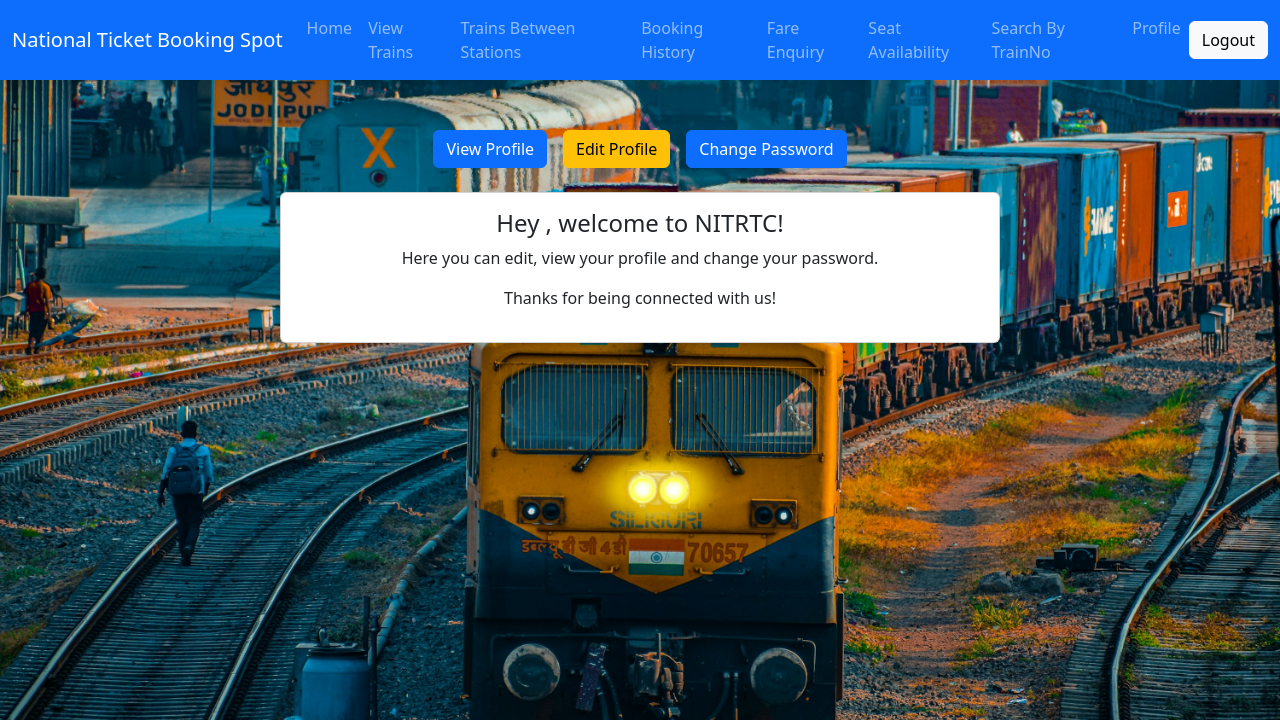
Repository: PrathamSahani/TMS-Sprint2
Page: http://localhost/TMS/UserHome.jsp
The author's editor kept a copy of each file at every save. The page is drawn from the files as they stood at one save, then again after the next save.
The browser window is 1280 px wide. The pictures show the whole page.
The page is served by Tomcat 10. Other server files are loaded and not shown.

Above is the page before, as saved 2025-04-25 19:03:19.

### Update/TMS/src/main/webapp/UserHome.jsp
<%@ page language="java" contentType="text/html; charset=UTF-8" pageEncoding="UTF-8"%>
<!DOCTYPE html>
<html>
<head>
  <meta charset="UTF-8">
  <title>Profile - National Ticket Booking Spot</title>
  <link href="https://cdn.jsdelivr.net/npm/bootstrap@5.3.0/dist/css/bootstrap.min.css" rel="stylesheet">
</head>
  <style>
    body {
      background: url('<%= request.getContextPath() %>/OP.jpeg') no-repeat center center fixed;
      background-size: cover;
    }
  </style>

<body class="d-flex flex-column min-vh-100">
  <!-- Navbar -->
  <nav class="navbar navbar-expand-lg navbar-dark bg-primary">
    <div class="container-fluid">
      <a class="navbar-brand" href="#">National Ticket Booking Spot</a>
      <button class="navbar-toggler" type="button" data-bs-toggle="collapse" data-bs-target="#navbarNav">
        <span class="navbar-toggler-icon"></span>
      </button>
      <div class="collapse navbar-collapse" id="navbarNav">
        <ul class="navbar-nav me-auto mb-2 mb-lg-0">
          <li class="nav-item"><a class="nav-link" href="${pageContext.request.contextPath}/userhome">Home</a></li>
          <li class="nav-item"><a class="nav-link" href="${pageContext.request.contextPath}/userviewtrainfwd">View Trains</a></li>
          <li class="nav-item"><a class="nav-link" href="${pageContext.request.contextPath}/trainbwstnfwd">Trains Between Stations</a></li>
          <li class="nav-item"><a class="nav-link" href="${pageContext.request.contextPath}/bookingdetails">Booking History</a></li>
          <li class="nav-item"><a class="nav-link" href="${pageContext.request.contextPath}/fareenqfwd">Fare Enquiry</a></li>
          <li class="nav-item"><a class="nav-link" href="${pageContext.request.contextPath}/useravailfwd">Seat Availability</a></li>
          <li class="nav-item"><a class="nav-link" href="${pageContext.request.contextPath}/usersearchtrain">Search By TrainNo</a></li>
          <li class="nav-item"><a class="nav-link" href="${pageContext.request.contextPath}/userhome">Profile</a></li>
        </ul>
        <div class="d-flex">
          <a class="btn btn-light" href="${pageContext.request.contextPath}/userlogout">Logout</a>
        </div>
      </div>
    </div>
  </nav>

  <main class="flex-fill">
    <div class="container d-flex flex-column justify-content-center align-items-center" style="margin-top:50px">
      <!-- optional alert -->


      <!-- action buttons -->
      <div class='d-flex justify-content-center mb-4 w-100'>
        <a href='${pageContext.request.contextPath}/viewuserprofile' class='btn btn-primary mx-2'>View Profile</a>
        <a href='${pageContext.request.contextPath}/edituserprofile' class='btn btn-warning mx-2'>Edit Profile</a>
        <a href='${pageContext.request.contextPath}/changeuserpassword' class='btn btn-primary mx-2'>Change Password</a>
      </div>

      <!-- welcome card -->
      <div class='row justify-content-center w-100'>
        <div class='col-md-8'>
          <div class='card shadow-sm'>
            <div class='card-body text-center'>
              <h4>Hey ${userName}, welcome to NITRTC!</h4>
              <p>Here you can edit, view your profile and change your password.</p>
              <p>Thanks for being connected with us!</p>
            </div>
          </div>
        </div>
      </div>
    </div>
  </main>

 <br><br>

  <script src="https://cdn.jsdelivr.net/npm/bootstrap@5.3.0/dist/js/bootstrap.bundle.min.js"></script>
</body>
</html>

After the next save:
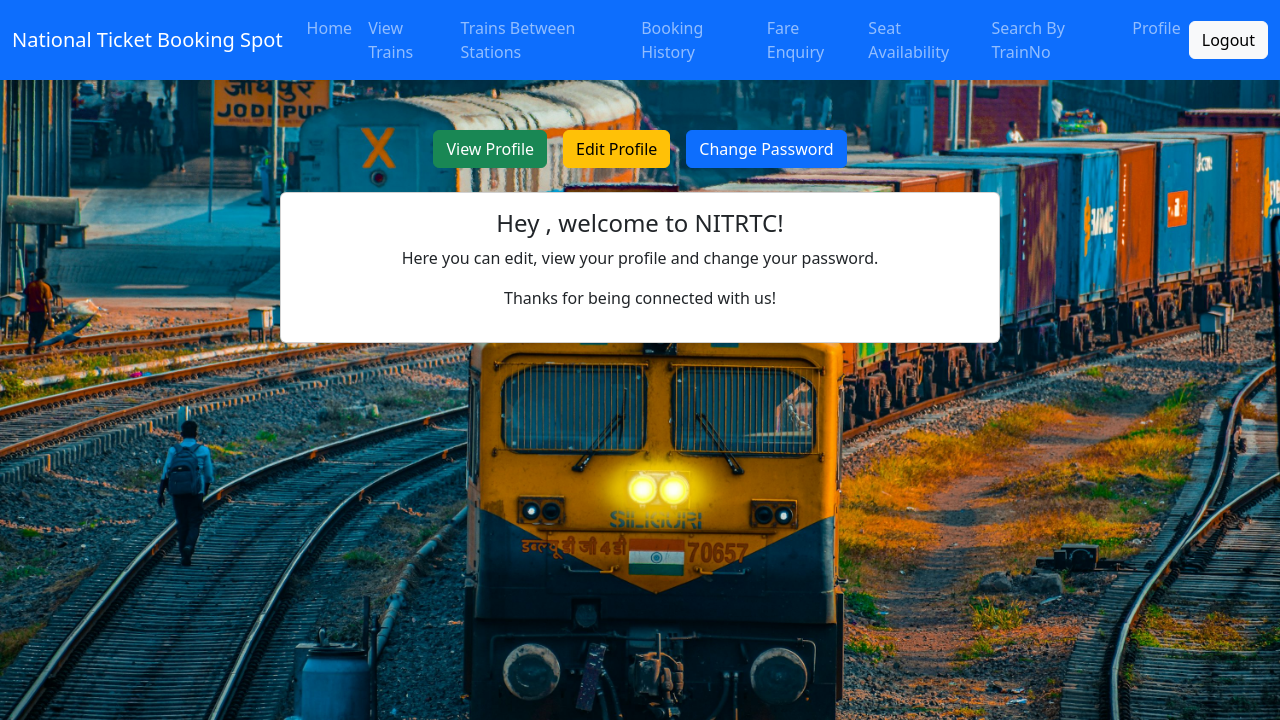
Saved 15 s later.
--- a/Update/TMS/src/main/webapp/UserHome.jsp
+++ b/Update/TMS/src/main/webapp/UserHome.jsp
@@ -46,7 +46,7 @@
 
       <!-- action buttons -->
       <div class='d-flex justify-content-center mb-4 w-100'>
-        <a href='${pageContext.request.contextPath}/viewuserprofile' class='btn btn-primary mx-2'>View Profile</a>
+        <a href='${pageContext.request.contextPath}/viewuserprofile' class='btn btn-success mx-2'>View Profile</a>
         <a href='${pageContext.request.contextPath}/edituserprofile' class='btn btn-warning mx-2'>Edit Profile</a>
         <a href='${pageContext.request.contextPath}/changeuserpassword' class='btn btn-primary mx-2'>Change Password</a>
       </div>
